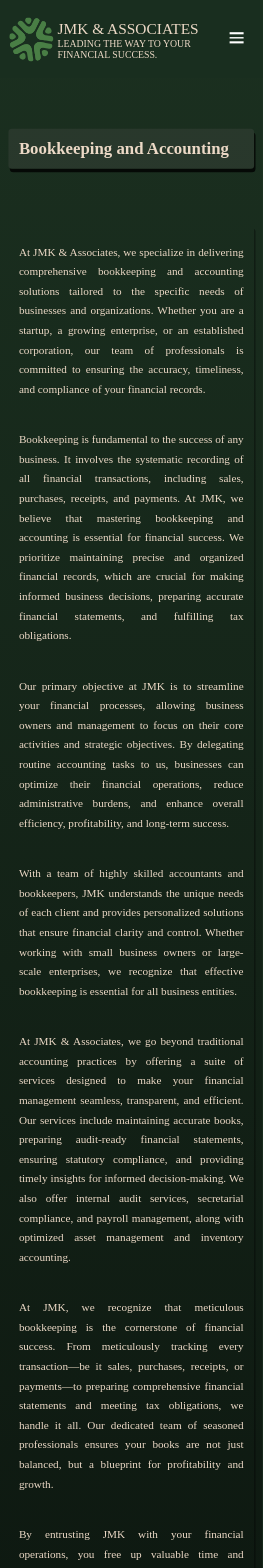
Repository: gama113/jmk
Page: movie/jmk.online/bookkeeping.html
These files come from the project's save history. The page is drawn as it stood at one moment and after the next save; the edit follows.
The browser window is 375 px wide. The pictures show the part of the page from y = 0 to 2240 px (the page is 3653 px tall before and 3652 px after), at 70% of full size.

Above is the page before, as saved 2025-03-22 18:55:14.

After the next save:
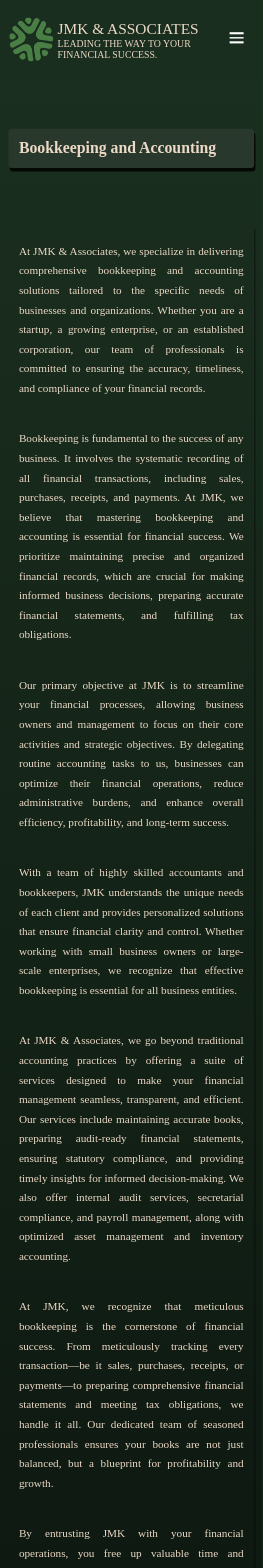
Saved 84 s later.
--- a/movie/jmk.online/service_queries.css
+++ b/movie/jmk.online/service_queries.css
@@ -498,6 +498,15 @@
     height: 99px;
   }
 
+  .h_2 {
+    font-size: 0.88rem;
+  }
+
+  .h_1 {
+    font-size: 0.94rem;
+  }
+
+
 
 
   /* ?fotter */
